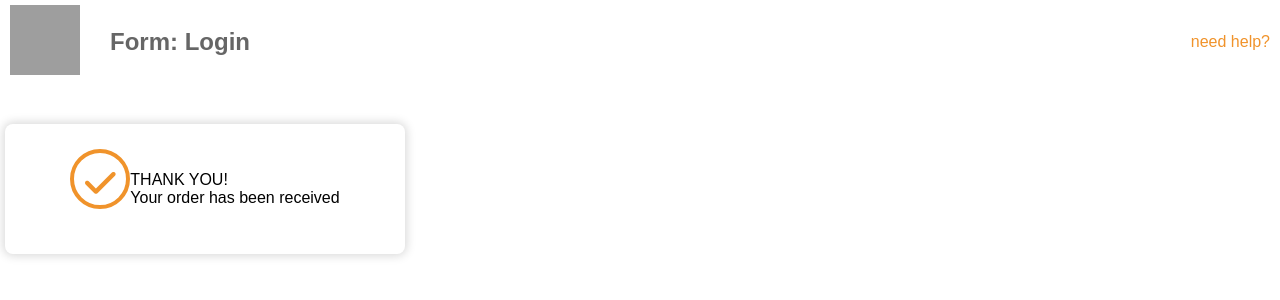
Repository: NguyenDucHung20002/project-homev1
Page: checkout/checkout.html
An editor plug-in stored every save of this project. The page is shown before and after the next save, followed by the edit.
The browser window is 1280 px wide. The pictures show the whole page.
Pictures or frames that could not be fetched are drawn as grey boxes. The style sheet was rebuilt from its Sass, Less or Tailwind sources for each picture, by a compiler version that may differ from the author's.

Above is the page before, as saved 2022-09-20 09:25:01.

After the next save:
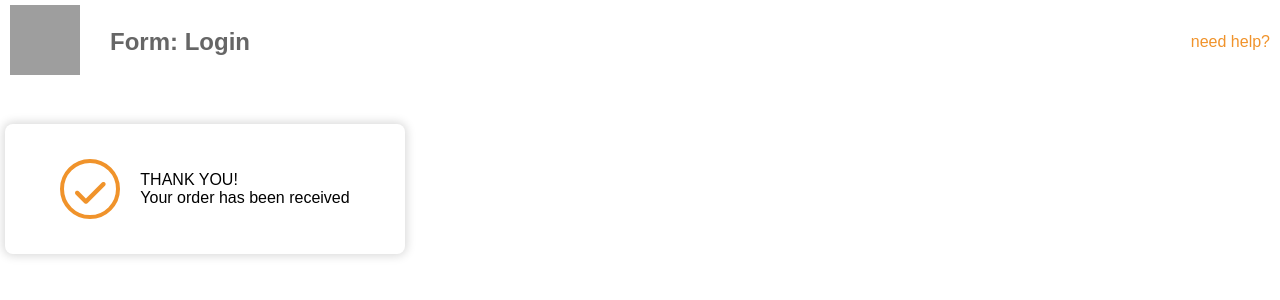
Saved 10 s later.
--- a/checkout/checkout.scss
+++ b/checkout/checkout.scss
@@ -67,7 +67,7 @@ header {
         border-radius: 50%;
         font-size: 35px;
         font-weight: bold;
-        margin-block-end: 20px;
+        margin-right: 20px;
       }
     }
   }
